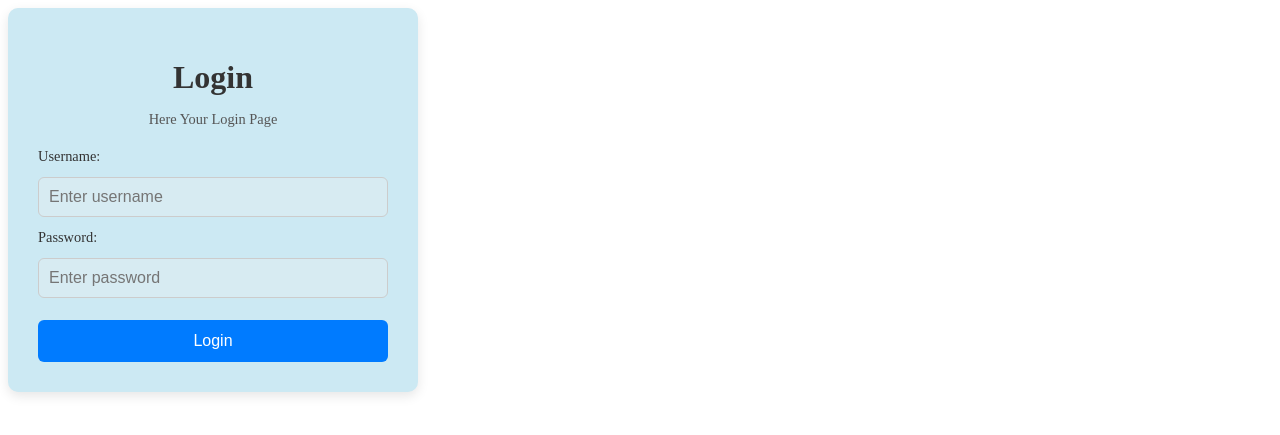
Repository: AdityaTech-Pro/FullStackWithBridgelabz
Page: login form/index.html
An editor plug-in stored every save of this project. The page is shown before and after a run of saves, followed by the edit.
The browser window is 1280 px wide. The pictures show the whole page.

Above is the page before, as saved 2025-11-17 09:35:35.
Console error: ReferenceError: inputUsername is not defined

### login form/index.html
<!DOCTYPE html>
<html lang="en">

<head>
    <meta charset="UTF-8" />
    <meta name="viewport" content="width=device-width, initial-scale=1.0" />
    <title>Login Page</title>
    <link rel="stylesheet" href="./style.css" />
</head>

<body>
    <main class="login-container">
        <h1>Login</h1>
        <p>Here Your Login Page</p>


        <div class="login-box" BackgroundColor="#f0f0f0" Padding="20px" BorderRadius="5px">
            <label>Username:</label>
            <input type="text" placeholder="Enter username" disabled>


            <label>Password:</label>
            <input type="password" placeholder="Enter password" disabled>


            <button disabled>Login</button>
        </div>
    </main>


    <script src="script.js"></script>
</body>

</html>

### login form/style.css

   //LOGIN PAGE - STYLED WITH STANDARD MODERN COLORS

body {
  /* margin: 50%; */
  /* padding: 50%; */
  font-family: Arial, Helvetica, sans-serif;
  background: #f2f4f5ff; /* Light grey background */
  display: flex;
  justify-content: center;
  align-items: center;
  height: 100vh;
}

.login-container {
  background: #cce9f3ff; /* White card background */
  padding: 30px;
  border-radius: 10px;
  width: 350px;
  box-shadow: 0 4px 12px rgba(0, 0, 0, 0.1); /* Soft shadow */
  text-align: center;
  /* margin: auto;
  margin-y: 100px; */
}

h1 {
  margin-bottom: 10px;
  color: #333333; /* Dark text */
}

p {
  color: #555555; /* Medium grey */
  font-size: 0.9rem;
  margin-bottom: 20px;
}

.login-box {
  display: flex;
  flex-direction: column;
  gap: 12px;
}

label {
  text-align: left;
  font-size: 0.9rem;
  color: #333333;
}

input {
  padding: 10px;
  border: 1px solid #cccccc;
  border-radius: 6px;
  font-size: 1rem;
}

button {
  padding: 12px;
  background: #007bff; /* Standard blue button */
  color: white;
  border: none;
  border-radius: 6px;
  cursor: not-allowed; /* Disabled on purpose */
  font-size: 1rem;
  margin-top: 10px;
}

### login form/script.js
// Sample stored credentials (for demo purposes)
//const storedUsername = "admin";
//const storedPassword = "12345";

// User-provided login values (in a real system, these would come from inputs)
//const inputUsername = "admin"; // modify to test
//const inputPassword = "12345"; // modify to test

console.log("================ LOGIN AUTHENTICATION ================");
console.log(`Entered Username: ${inputUsername}`);
console.log(`Entered Password: ${inputPassword}`);
console.log("-------------------------------------------------------");

// Authentication logic
if (inputUsername === storedUsername && inputPassword === storedPassword) {
    console.log("Login Successful ✔");
    console.log("Welcome to the system!");
} else {
    console.log("Login Failed ✘");
    console.log("Invalid username or password.");
}

console.log("=======================================================");

After the next 3 saves:
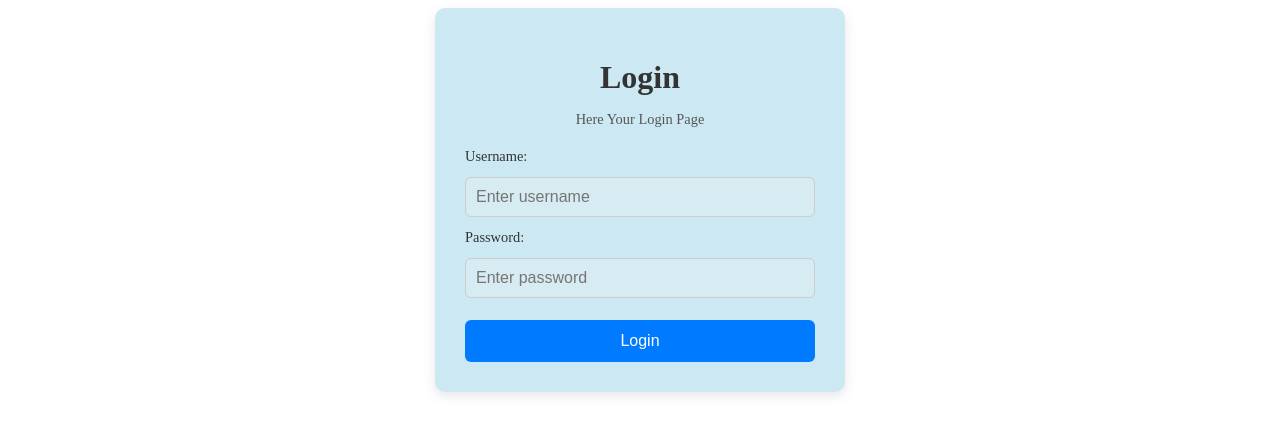
The 3 saves are shown as one change because they came seconds apart.
The last was saved 19 s later.
--- a/login form/style.css
+++ b/login form/style.css
@@ -19,8 +19,8 @@ body {
   width: 350px;
   box-shadow: 0 4px 12px rgba(0, 0, 0, 0.1); /* Soft shadow */
   text-align: center;
-  /* margin: auto;
-  margin-y: 100px; */
+   margin: auto;
+  margin-y: 100px;
 }
 
 h1 {
